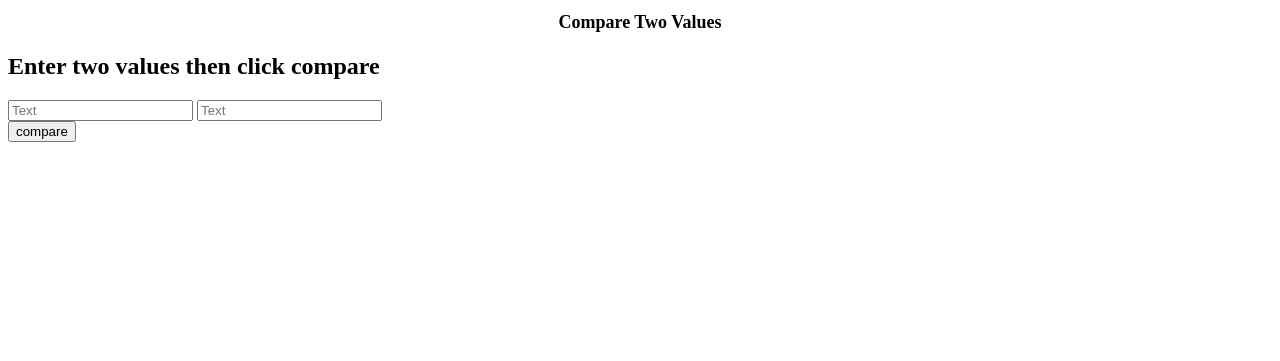
Repository: thecptwaffles/compareWebApp
Page: index.html
These files come from the project's save history. The page is drawn as it stood at one moment and after the next save; the edit follows.
The browser window is 1280 px wide. The pictures show the whole page.

Above is the page before, as saved 2022-10-04 20:20:44.

### index.html
<!DOCTYPE html>
<html lang="en">

<head>
  <meta charset="UTF-8">
  <meta name="viewport" content="width=device-width, initial-scale=1.0">
  <meta http-equiv="X-UA-Compatible" content="ie=edge">
  <link rel="stylesheet" href="style.css">
  <title>Compare</title>
</head>

<body>

  <h1>Compare Two Values</h1>

  <h2>Enter two values then click compare</h2>

  <div class="inputs">

    <input id="userInput" type="text" placeholder="Text">

    <input id="userInputCompare" type="text" placeholder="Text">

  </div>

  <button onclick="returnText()">compare</button>

  <h2 id="cool"></h2>
  <script src="script.js"></script>
</body>

</html>

### style.css
@import url('https://fonts.googleapis.com/css2?family=Montserrat:wght@200&family=Raleway:wght@200&display=swap');

:root {
    --prim-font: 'Montserrat', sans-serif;
    --sec-font: 'Raleway', sans-serif;
    --primClr: #1d6862;
    --secClr: #00a972;
    --thrdClr: #715f58;
}

h1 {
    font-size: large;
    text-align: center;
}

### script.js
var output = document.getElementById("cool")

function returnText() {
    let start = document.getElementById("userInput").value;
    let end = document.getElementById("userInputCompare").value;

    if (start == end) {
        output.innerHTML = "Same"
        output.style.color = "#69b00b";
    } else {
        output.innerHTML = "Not The Same!"
        output.style.color = "#b00b"
        output.style.textDecoration = "underline"
    }
}

After the next save:
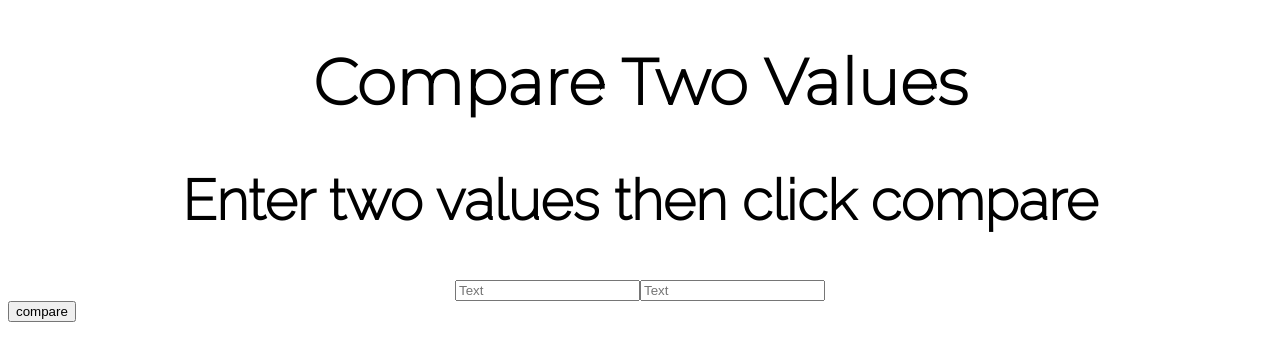
Saved 5 min 34 s later.
--- a/style.css
+++ b/style.css
@@ -9,6 +9,21 @@
 }
 
 h1 {
-    font-size: large;
+    font-size: 4rem;
     text-align: center;
+    font-family: var(--prim-font);
 }
+
+h2 {
+    font-size: 3.5rem;
+    text-align: center;
+    font-family: var(--sec-font);
+}
+
+.inputs {
+    display: flex;
+    align-items: center;
+    justify-content: center;
+}
+
+button {}
